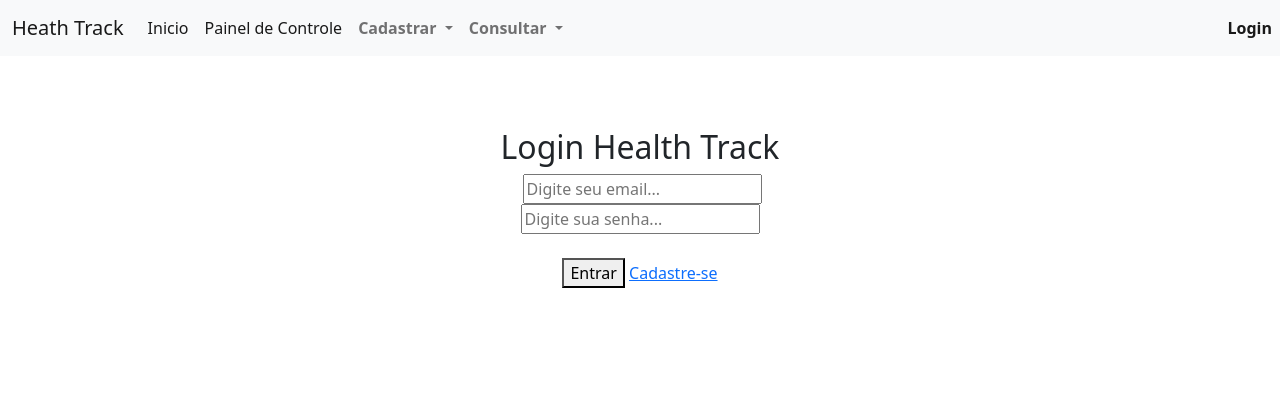
Repository: FellipySantos/HealthTrack_Finalizado
Page: http://localhost/JSPs/login.jsp
The author's editor kept a copy of each file at every save. The page is drawn from the files as they stood at one save, then again after the next save.
The browser window is 1280 px wide. The pictures show the whole page.
The page is served by Tomcat 9.

Above is the page before, as saved 2021-11-22 09:43:32.

After the next save:
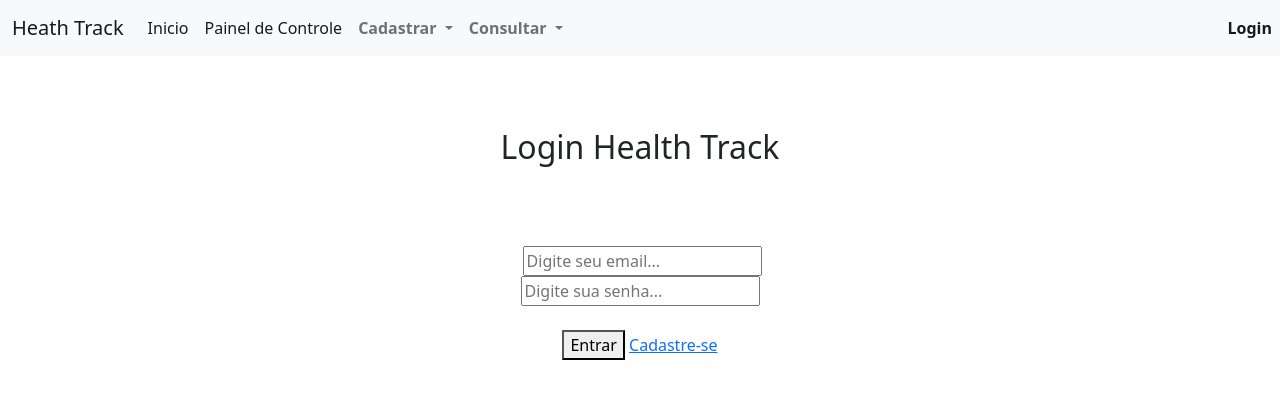
Saved 18 s later.
--- a/JSP/JSPs/WebContent/login.jsp
+++ b/JSP/JSPs/WebContent/login.jsp
@@ -17,7 +17,7 @@
 <center><body>
     <div>
          <h2>Login Health Track</h2>
-        <form id="formLogin" method="Post" action="../../Login">
+        <form id="formLogin" method="Post" action="../../Login"> <br><br><br>
             <label id="msg"></label>
             <input type="email" name="email" id="email" placeholder="Digite seu email..." required><br>
             <input type="password" name="senha" id="senha" placeholder="Digite sua senha..." required><br><br>
